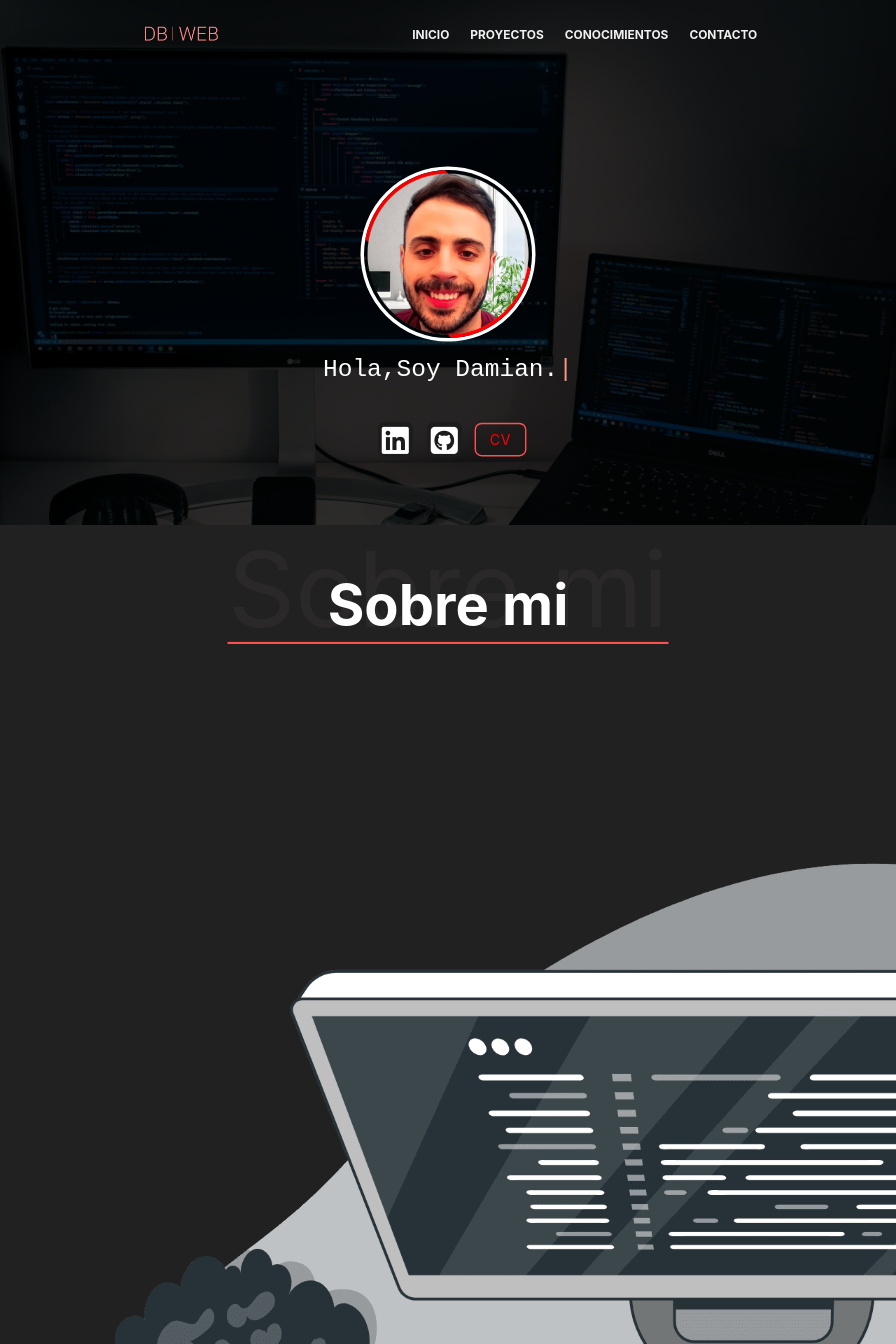
Repository: DamianBermudez94/DB-Porfolio
Page: /
An editor plug-in stored every save of this project. The page is shown before and after the next save, followed by the edit.
The browser window is 1280 px wide. The pictures show the part of the page from y = 0 to 1920 px (the page is 7512 px tall before and 6072 px after), at 70% of full size.
Backgrounds fixed to the window are drawn as part of the page. Some web libraries are served in a nearby version. The project was rebuilt for these pictures with package versions that can differ from the ones it lists, and the page was loaded fresh each time. Also part of the build but not shown: vite.config.js, src/components/Conocimientos/styles.css, src/components/Conocimientos/Conocimientos.jsx, src/pages/AcerdaDe.jsx, src/components/Contacto/styles.css, src/components/Contacto/Contact.jsx, src/pages/contacto.jsx, src/data/trabajos.js and 4 more.

Above is the page before, as saved 2024-04-02 10:16:25.

### index.html
<!DOCTYPE html>
<html lang="es">
  <head>
    <meta charset="utf-8" />
    <meta name="viewport" content="width=device-width, initial-scale=1" />
    <meta name="geo.position" content="-35.1853171; -59.1479442" />
    <link
      rel="icon"
      type="image/png"
      sizes="32x32"
      href="./public/image/icons-favicon-DB.png"
    />
    <link
      rel="apple-touch-icon"
      type="image/png"
      sizes="32x32"
      href="./public/image/icons-favicon-DB.png"
    />

    <link rel="manifest" href="./src/manifiesto.json" />
    <title>Damián Bermúdez - Developer</title>
    <meta name="author" content="Damián Bermúdez" />
    <meta
      name="description"
      content="Desarrollador Web Full Stack - Diseñador Web - Paginás Web - Damián Bermúdez"
    />
    <meta name="theme-color" content="#000000" />
    <!--Estilos-->
    <script
      src="https://kit.fontawesome.com/bdbed0aafa.js"
      crossorigin="anonymous"
    ></script>
    <link rel="preconnect" href="https://fonts.gstatic.com" />
    <link rel="preconnect" href="https://fonts.gstatic.com" />
    <link rel="preconnect" href="https://fonts.gstatic.com" />
    <link rel="preconnect" href="https://fonts.gstatic.com" />
    <link
      href="https://fonts.googleapis.com/css2?family=Raleway:wght@200;300&family=Roboto:wght@100;300&display=swap"
      rel="stylesheet"
    />
  </head>
  <body>
    <div id="root"></div>
    <script type="module" defer src="/src/main.jsx"></script>
  </body>
</html>

### src/main.jsx
import ReactDOM from "react-dom/client";

import App from "./App";
import "./index.css";
const root = ReactDOM.createRoot(document.getElementById("root"));
root.render(<App />);

### src/App.jsx
import { useState, useEffect } from "react";
import { MisRutas } from "./routers/MisRutas";
import { BrowserRouter } from "react-router-dom";
import backgroundImage from "../public/image/banner-parallax2.jpg";
import "./App.css";
function App() {
  const [scrollPosition, setScrollPosition] = useState(0);

  useEffect(() => {
    const handleScroll = () => {
      setScrollPosition(window.pageYOffset);
    };

    window.addEventListener("scroll", handleScroll);

    return () => {
      window.removeEventListener("scroll", handleScroll);
    };
  }, []);

  return (
    <main className="content-main parallax-container">
      <div
        className="parallax-background"
        style={{
          backgroundImage: `url(${backgroundImage})`,
          backgroundPositionY: scrollPosition / 2 + "px",
        }}
      />
      <div className="parallax-content">
        <BrowserRouter>
          <MisRutas />
        </BrowserRouter>
      </div>
    </main>
  );
}

export default App;

### src/index.css
* {
  margin: 0;
  padding: 0;
  box-sizing: border-box;
}
body {
  font-family: -apple-system, BlinkMacSystemFont, "Segoe UI", "Roboto", "Oxygen",
    "Ubuntu", "Cantarell", "Fira Sans", "Droid Sans", "Helvetica Neue",
    sans-serif;
  -webkit-font-smoothing: antialiased;
  -moz-osx-font-smoothing: grayscale;
}

### src/routers/MisRutas.jsx
import {Routes, Route } from "react-router-dom";

import { Inicio } from "../pages/Inicio";
/*import { Servicios } from "../pages/Servicios";*/
import { AcerdaDe } from "../pages/AcerdaDe";
import { Contacto } from "../pages/contacto";
import { Proyectos } from "../pages/Proyecto";
import { Error } from "../components/Error";
import { NavHeader } from "../components/header/NavHeader";
import { Footer } from "../components/Footer/Footer";

export const MisRutas = () => {
  return (
    <div className="layout">
      {/*Header y navegacion*/}
      <NavHeader />
      {/*Contenido general*/}

      <Routes>
        <Route path="/" element={<Inicio />} />
        <Route path="/inicio" element={<Inicio />} />
        <Route path="/conocimientos" element={<AcerdaDe />} />
        <Route path="/contacto" element={<Contacto />} />
        <Route path="/proyecto" element={<Proyectos />} />
        <Route path="*" element={<Error />} />
      </Routes>

      {/* Footer*/}
      <Footer />
    </div>
  );
};

### src/App.css
.parallax-container {
  position: relative;
  overflow: hidden;
  color: #fff;


}
.parallax-background {
  position: absolute;
  top: 0;
  left: 0;
  width: 100%;
  height: 100%;
  background-size: cover;
  background-position: center;
  background-attachment: fixed;

}
.parallax-content {
 /* Agregamos una transición para suavizar la animación */
  padding-top: 150px;
  background-color: rgba(0, 0, 0, 0.8);
  position: relative;
  z-index: 1; /* Asegura que el contenido esté sobre la imagen de fondo */
}

### src/pages/Inicio.jsx
import { Home } from "../components/Home/Home";
export const Inicio = () => {
  return (
    <section>
      <Home />
    </section>
  );
};

### src/components/header/NavHeader.jsx
import { useState, useEffect } from "react";
import { NavLink } from "react-router-dom";
import "./NavHeader.css";
import BurguerButton from "./burgerButton";

export const NavHeader = () => {
  const [clicked, setClicked] = useState(false);
  const [scrolled, setScrolled] = useState(false);
  const handleClick = () => {
    //cuando esta true lo pasa a false y vice versa
    setClicked(!clicked);
  };
  useEffect(() => {
    const handleScroll = () => {
      if (window.scrollY > 50) {
        setScrolled(true);
      } else {
        setScrolled(false);
      }
    };

    window.addEventListener("scroll", handleScroll);

    // Limpiar el event listener en el desmontaje del componente
    return () => {
      window.removeEventListener("scroll", handleScroll);
    };
  }, []);

  return (
    <header className={`header ${scrolled ? "scrolled" : ""}`}>
      <div className="nav-content">
        <div className="logo">
          <NavLink to="/inicio">
            <img
              src={"/image/Logo-DB.png"}
              alt="Damian Bermudez desarrollador web"
            ></img>
          </NavLink>
        </div>

        <BurguerButton
          className="btn-menu"
          clicked={clicked}
          handleClick={handleClick}
        />
        <nav className={`menu ${clicked ? "active" : ""}`}>
          <ul>
            <li>
              <NavLink
                to="/inicio"
                onClick={handleClick}
                className={({ isActive }) => (isActive ? "active" : "")}
              >
                Inicio
              </NavLink>
            </li>
            <li>
              <NavLink
                to="/proyecto"
                onClick={handleClick}
                className={({ isActive }) => (isActive ? "active" : "")}
              >
                proyectos
              </NavLink>
            </li>
            <li>
              <NavLink
                to="/conocimientos"
                onClick={handleClick}
                className={({ isActive }) => (isActive ? "active" : "")}
              >
                conocimientos
              </NavLink>
            </li>
            <li>
              <NavLink
                to="/contacto"
                onClick={handleClick}
                className={({ isActive }) => (isActive ? "active" : "")}
              >
                contacto
              </NavLink>
            </li>
          </ul>
        </nav>
      </div>
    </header>
  );
};

### src/components/Footer/Footer.jsx

import './Footer.css'
export const Footer = () => {
  return (
    <footer className="footer">
      <div className="contenedor-footer container">
          <div className="footer-redes__sociales">
              <a href="https://www.facebook.com" className="link-redes_sociales" ><i className="fab fa-facebook facebook"></i></a>
              <a href="https://www.instagram.com" className="link-redes_sociales" ><i className="fab fa-instagram instagran"></i></a>
              <a href="https://www.linkedin.com" className="link-redes_sociales" ><i className="fab fa-linkedin linkedin"></i></a>
              <a href="https:/www.github.com" className="link-redes_sociales" ><i className="fab fa-github-square github"></i></a>
          </div>
          <hr className='footer-linea__separacion' />
          <div className="footer-text">
              <p className="title-copy">Hecho por<a className="title-footer" href="https://damianbermudezdev.es/">DB|WEB</a></p>
          </div>
      </div>
    </footer>
  )
}

### src/components/header/burgerButton.jsx
/* eslint-disable react/prop-types */

import styled from "styled-components";

function BurguerButton(props) {
  return (
    <Burguer>
      <div
        onClick={props.handleClick}
        className={`btn-menu nav-icon-5 ${props.clicked ? "open" : ""}`}
      >
        <span></span>
        <span></span>
        <span></span>
      </div>
    </Burguer>
  );
}

export default BurguerButton;

const Burguer = styled.div`
  /* nav-icon-5 */
  .nav-icon-5 {
    width: 35px;
    height: 30px;
    position: relative;
    cursor: pointer;
    display: flex;
    margin: 25px auto;
  }
  .nav-icon-5 span {
    background-color: #fff;
    position: absolute;
    border-radius: 2px;
    transition: 0.3s cubic-bezier(0.8, 0.5, 0.2, 1.4);
    width: 100%;
    height: 4px;
    transition-duration: 500ms;
  }
  .nav-icon-5 span:nth-child(1) {
    top: 0px;
    left: 0px;
  }
  .nav-icon-5 span:nth-child(2) {
    top: 13px;
    left: 0px;
    opacity: 1;
  }
  .nav-icon-5 span:nth-child(3) {
    bottom: 0px;
    left: 0px;
  }
  .nav-icon-5:not(.open):hover span:nth-child(1) {
    transform: rotate(-3deg) scaleY(1.1);
  }
  .nav-icon-5:not(.open):hover span:nth-child(2) {
    transform: rotate(3deg) scaleY(1.1);
  }
  .nav-icon-5:not(.open):hover span:nth-child(3) {
    transform: rotate(-4deg) scaleY(1.1);
  }
  .nav-icon-5.open span:nth-child(1) {
    transform: rotate(45deg);
    top: 13px;
  }
  .nav-icon-5.open span:nth-child(2) {
    opacity: 0;
  }
  .nav-icon-5.open span:nth-child(3) {
    transform: rotate(-45deg);
    top: 13px;
  }
  @media screen and (min-width: 960px) {
    .btn-menu {
      display: none;
    }
  }
`;

### src/components/Footer/Footer.css
.footer {
  min-height: 120px;
  line-height: 7px;
  text-align: center;
  font-size: 22px;
  padding: 45px;
  background-color: #212121;
}

.contenedor-footer {
  display: flex;
  flex-direction: column;
  justify-content: center;
  align-content: center;
  margin: 0 auto;
  padding: 20px;
}
.footer-text {
  display: flex;
  justify-content: center;
  align-items: center;
  padding: 10px;
  margin-top: 20px;
}
.title-copy {
  text-align: center;
  font-size: 26px;
  font-weight: 300;
}
.title-footer {
  text-decoration: none;
  color: rgb(252, 136, 136);
  margin-left: 5px;
}
.footer-linea__separacion{
  height: 1px;
  width: 100%;
  max-width: 700px;
  margin: 0 auto;


}
body.dark .title-copy {
  color: #f1f1f1;
}

.footer-redes__sociales {
  display: flex;
  justify-content: center;
  align-items: center;
  text-align: center;
  margin-bottom: 10px;
}
.link-redes_sociales {
  text-decoration: none;
  width: 50px;
  height: 50px;
  margin: 10px;
  color: rgb(255, 255, 255);
  background-color: rgb(28, 28, 28);
  border-radius: 10px;
  text-align: center;
  position: relative;
  transition: transform 0.4s;
  font-size: 26px;
  padding: 4px;
}
.link-redes_sociales:hover {
  transform: rotate(45deg);
}
.link-redes_sociales::before {
  content: "";
  position: absolute;
  width: 100%;
  height: 100%;
  opacity: 0;
  background-color: #373737;
  border-radius: 10px;
  transition: opacity 0.2s;
}
.link-redes_sociales:hover::before {
  opacity: 0.4;
}
.link-redes_sociales:nth-child(1)::before {
  background-color: rgb(255, 80, 80);
}
.link-redes_sociales:nth-child(2)::before {
  background-color: rgb(255, 80, 80);
}
.link-redes_sociales:nth-child(3)::before {
  background-color: rgb(255, 80, 80);
}
.link-redes_sociales:nth-child(4)::before {
  background-color: rgb(255, 80, 80);
}

.link-redes_sociales:hover::before {
  transform: translate(-4px, -4px);
  filter: blur(10px);
}

.link-redes_sociales i {
  font-size: 1.7em;
  transition: all 0.4s;
}
.link-redes_sociales:hover i {
  color: #f1f1f1;
  transform: rotate(-45deg);
}

body.dark .redes-sociales i {
  color: #f1f1f1;
}

### src/components/TextoCustom/CustomText.jsx
/* eslint-disable react/prop-types */
import  { useState, useEffect } from 'react';
import './styles.css';

const CustomText = ({ words, typingDelay = 200, changingDelay = 3000 }) => {
  const [index, setIndex] = useState(0);
  const [subIndex, setSubIndex] = useState(0);
  const [reverse, setReverse] = useState(false);

  // Efecto para manejar la escritura y eliminación de las palabras
  useEffect(() => {
    if (subIndex === words[index].length + 1 && !reverse) {
      setReverse(true);
      return;
    }

    if (subIndex === 0 && reverse) {
      setReverse(false);
      setIndex((prev) => (prev + 1) % words.length);
      return;
    }

    const timeout = setTimeout(() => {
      setSubIndex((prev) => prev + (reverse ? -1 : 1));
    }, typingDelay);

    return () => clearTimeout(timeout);
  }, [subIndex, index, reverse]);

  // Efecto para cambiar la palabra después de un cierto tiempo
  useEffect(() => {
    if (!reverse) {
      return;
    }

    const timeout = setTimeout(() => {
      setReverse(false);
      setIndex((prev) => (prev + 1) % words.length);
    }, changingDelay);

    return () => clearTimeout(timeout);
  }, [reverse]);

  return (
    <div className="typewriter">
      <span>{`${words[index].substring(0, subIndex)}${reverse ? '.' : ' '}`}</span>
    </div>
  );
};

export default CustomText;

### src/components/Home/styles.css
/**Estilos Home- Principal**/

.home-welcome {
  width: 100%;
  height: 600px;
  display: flex;
  flex-direction: column;
  justify-content: space-around;
  align-items: center;
  padding: 20px;
}
.container-home {
  width: 100%;
}
.container-home img {
  display: flex;
  justify-content: center;
  width: 250px;
  height: 250px;
  padding: 5px;
  margin: 0 auto;
  position: relative;
  border: solid 5px transparent;
}
.container-home figure {
  display: flex;
  justify-content: center;
  width: 250px;
  height: 250px;
  padding: 5px;
  margin: 0 auto;
  position: relative;
  border: 5px solid;
  border-radius: 50%;
  place-content: center;
  place-items: center;
  overflow: hidden;
}
.container-home figure::before {
  content: "";
  position: absolute;
  width: 150px;
  background-image: linear-gradient(360deg, rgb(241, 0, 0), rgb(255, 0, 0));
  height: 130%;
  animation: rotBGimg 3s linear infinite;
  transition: all 0.2s linear;
}

@keyframes rotBGimg {
  from {
    transform: rotate(0deg);
  }

  to {
    transform: rotate(360deg);
  }
}

.container-redes_inicio {
  display: block;
  padding-top: 25px;
  display: flex;
  align-items: center;
  justify-content: center;
}

.btn-cv {
  max-width: 100px;
  text-decoration: none;
  display: flex;
  justify-content: center;
  font-size: 20px;
  cursor: pointer;
  letter-spacing: 1px;
  color: rgb(255, 0, 0);
  background-color: transparent;
  outline: 2px solid rgb(255, 80, 80);
  border: none;
  border-radius: 8px;
  padding: 10px 20px;
  margin-left: 10px;
  position: relative;
  top: 0px;
  overflow: hidden;
  transition: color 1s;
}

.btn-cv:hover {
  color: #ffffff;
  z-index: 1;
}

.btn-cv::before {
  content: "";
  position: absolute;
  top: 0;
  left: -50px;
  width: 250%;
  height: 100%;
  background-color: rgba(255, 85, 85, 0.5);
  border: none;
  outline: 3px solid rgb(0, 0, 0);
  transform: scaleX(0) skewX(35deg);
  transform-origin: left;
  z-index: -1;
  transition: transform 1s;
}

.btn-cv:hover::before {
  transform: scaleX(1) skewX(35deg);
}
.content-proyectos__inicio {
  display: flex;
  justify-content: center;
  align-items: center;
  flex-direction: column;
  padding: 50px;
}

.content-proyectos__inicio h2 {
  margin-bottom: 80px;
  font-size: 40px;
  text-align: center;
}
@media (max-width: 960px) {
  .home .title-welcome .title-custom {
    width: 100%;
  }
  .title-welcome span {
    width: 100%;
  }
}

@media (max-width: 670px) {
  .title-welcome {
    margin-left: 20px;
  }
  .container-redes_inicio {
    padding: 5px;
    margin-left: 0px;
  }
}
@media (max-width: 480px) {
  .title-welcome {
    margin-left: 20px;
  }
  .container-redes_inicio {
    padding: 5px;
    margin-left: 0px;
  }
  .container-redes_inicio {
    flex-wrap: wrap;
  }
}

/**Estilos section Sobre mi**/
.section-me {
  padding: 60px;
  margin: 0 auto;
  display: flex;
  flex-direction: column;
  justify-content: center;
  align-items: center;
  background-color: #212121;
}
.content-title{
  height: 200px;
  text-align: center;
}

.section-me .title-sobre__me {
  margin: 0;
  padding: 5px;
  font-size: 80px;
  color: rgb(255, 255, 255);
  border-bottom: 3px solid rgb(255, 80, 80);
}
.section-me .sub-title {
  position: relative;
  opacity: 0.04;
  font-size: 150px;
  top: -170px;
  right: 0;
  color: rgb(253, 214, 214);
  overflow: hidden;
}
.container-me {
  width: 100%;
  display: flex;
  flex-direction: column;
  justify-content: center;
  align-items: center;
  margin: 0 auto;
}


.container-me article img {


  float: left;
  object-fit: cover;
  object-position: -16px 16px;
  shape-outside: circle(50%);
}

.section-me article p {
  margin: 0 auto;
  padding: 5px;
  font-size: 25px;
  letter-spacing: 1px;
}


.container-me .enlace-contacto {
  width: 300px;
  text-decoration: none;
  color: #fa9484;
  position: relative;
  display: grid;
  grid-column: span 2;
  padding: 15px;
  margin: 50px auto 50px;
  text-align: center;
  opacity: 1;
}

.enlace-contacto {
  position: relative;
  display: inline-block;
  padding: 12px 24px;
  border: none;
  font-size: 16px;
  background-color: inherit;
  border-radius: 100px;
  font-weight: 600;
  color: #ffffff40;
  box-shadow: 0 0 0 2px #ffffff20;
  cursor: pointer;
  overflow: hidden;
  transition: all 0.6s cubic-bezier(0.23, 1, 0.32, 1);
}

.enlace-contacto span:last-child {
  position: absolute;
  top: 50%;
  left: 50%;
  transform: translate(-50%, -50%);
  width: 20px;
  height: 20px;
  background-color: rgb(252, 98, 98);
  border-radius: 50%;
  opacity: 0;
  transition: all 0.8s cubic-bezier(0.23, 1, 0.32, 1);
}

.enlace-contacto span:first-child {
  width: 100%;
  position: relative;
  z-index: 1;
  font-size: 20px;
}

.enlace-contacto:hover {
  box-shadow: 0 0 0 5px #f3212160;
  color: #ffffff;
}

.enlace-contacto:active {
  scale: 0.95;
}

.enlace-contacto:hover span:last-child {
  width: 100%;
  height: 200px;
  opacity: 1;
}

.square {
	position: absolute;
	top: 50%;
	left: 50%;
	transform: translate(-50%, -50%);
	width: 50px;
	height: 50px;
	background: linear-gradient(#f70000, #757575);
	z-index: 2;
}

.circle {
	position: absolute;
	top: 50%;
	left: 50%;
	transform: translate(-50%, -50%);
	width: 50px;
	height: 50px;
	background: #d91c1c;
	border-radius: 50%;
}

.triangle {
	position: absolute;
	top: 50%;
	left: 50%;
	transform: translate(-50%, -50%);
	width: 50px;
	height: 50px;
	background: #f5f5f5;
	clip-path: polygon(50% 0%, 0% 100%, 100% 100%);
	-webkit-clip-path: polygon(50% 0%, 0% 100%, 100% 100%);
}

@media (max-width: 1280px) {
  .section-me div {
    display: block;
  }
}

@media (max-width: 780px) {
  .section-me {
    padding: 20px;
  }
  .section-me ul {
    text-align: center;
  }
  .section-me ul li span {
    font-size: 80px;
  }
  .section-me figure {
    max-width: 300px;
  }
  .section-me img {
    width: 300px;
    height: 300px;
  }
  .section-me .title-sobre__me {
    font-size: 45px;
  }
  .section-me .sub-title {
    font-size: 100px;
    top: -110px;
  }
}
@media (max-width: 480px) {
  .section-me .title-sobre__me {
    margin-top: 50px;
    font-size: 45px;
  }
  .section-me .sub-title {
    font-size: 80px;
    top: -100px;
  }
}

/**--Seccion motivos--**/

.article-section__motivos {
  width: 100%;
  padding: 50px;
  border-radius: 10px;
  margin: 50px auto;
  display: grid;
  grid-template-columns: repeat(3, 1fr);
  gap: 20px;
}

.article-section__motivos h2 {
  grid-column: span 3;
  text-align: center;
  margin-bottom: 50px;
  font-size: 60px;
}

.article-section__motivos article {
  display: flex;
  justify-content: center;
  align-items: center;
  flex-direction: column;
  margin-bottom: 20px;
  width: 300px;
  height: 400px;
  background-color: #212121;
  border-radius: 30px 0px 30px 0px;
  padding: 10px;
  margin: 0 auto;
}

.article-section__motivos h3 {
  font-size: 2.5em;
  margin-bottom: 10px;
  text-align: center;
  font-weight: bold;
}

.article-section__motivos p {
  line-height: 1.5;
  padding: 5px;
}

### src/components/TextoCustom/styles.css
.typewriter span {

    display: flex;
    align-items: center;
    justify-content: center;
    font-size: 35px;
    font-family: monospace;
    overflow: hidden;
    white-space: nowrap;
    padding: 20px;
  }

  .typewriter span:after {
    content: '|';
    animation: blink-caret .75s step-end infinite;
    color: #fa9484;
  }

  @keyframes blink-caret {
    from, to { border-color: transparent }
    50% { border-color: black }
  }

  @media (max-width: 780px) {
    .typewriter span {
       font-size: 30px;
      }
  }
  @media (max-width: 780px) {
    .typewriter span {
       font-size: 20px;
      }
  }

Loaded but not shown: src/components/Servicios/Service.jsx (334 lines, source omitted); src/components/Home/Home.jsx (143 lines, source omitted); src/components/Servicios/styles.css (180 lines, source omitted); src/components/header/NavHeader.css (151 lines, source omitted)

After the next save:
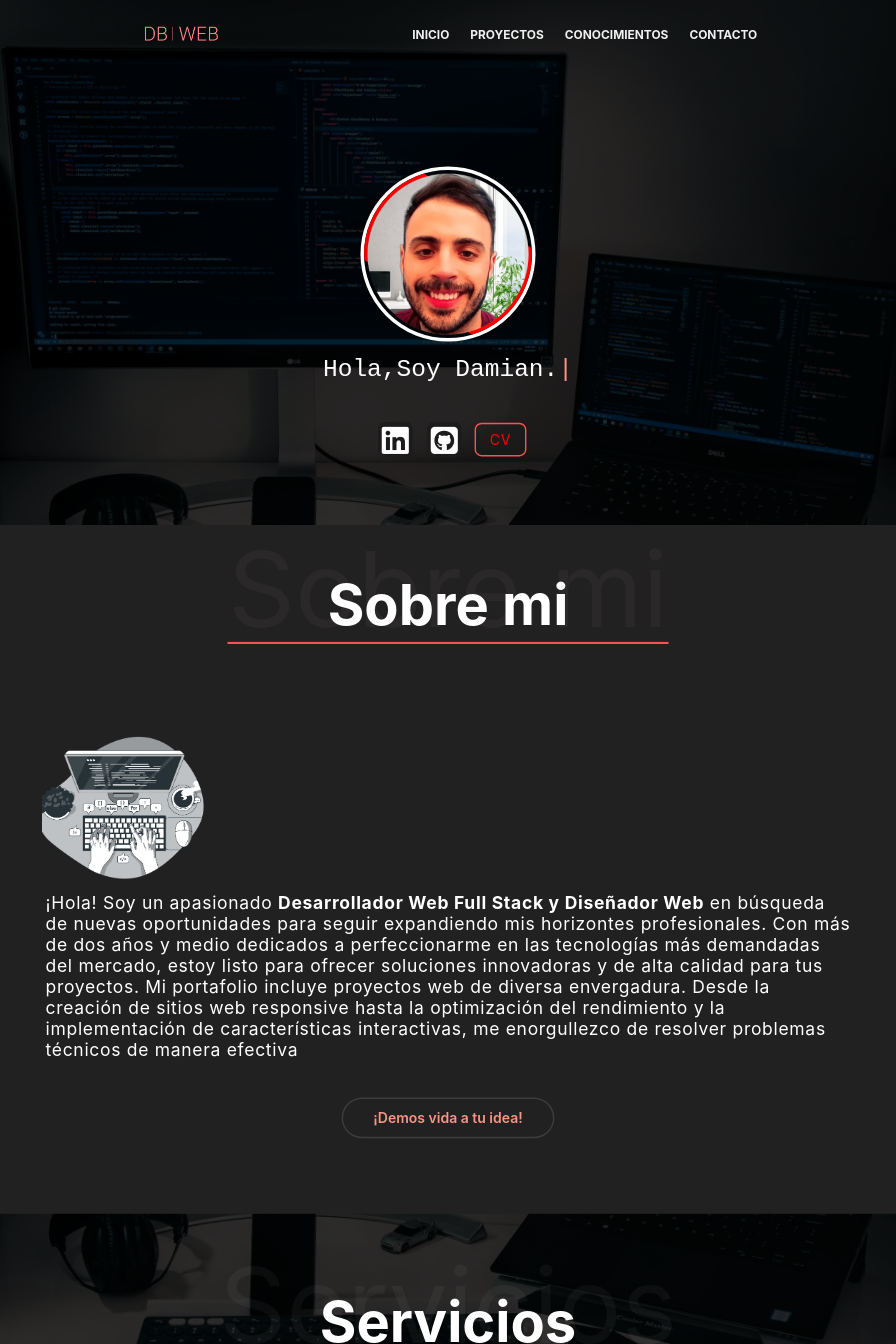
Saved 23 s later.
--- a/src/components/Home/styles.css
+++ b/src/components/Home/styles.css
@@ -196,11 +196,13 @@
 
 .container-me article img {
 
-
-  float: left;
+  width: 16rem;
+
+  height: 16rem;
   object-fit: cover;
   object-position: -16px 16px;
   shape-outside: circle(50%);
+
 }
 
 .section-me article p {
